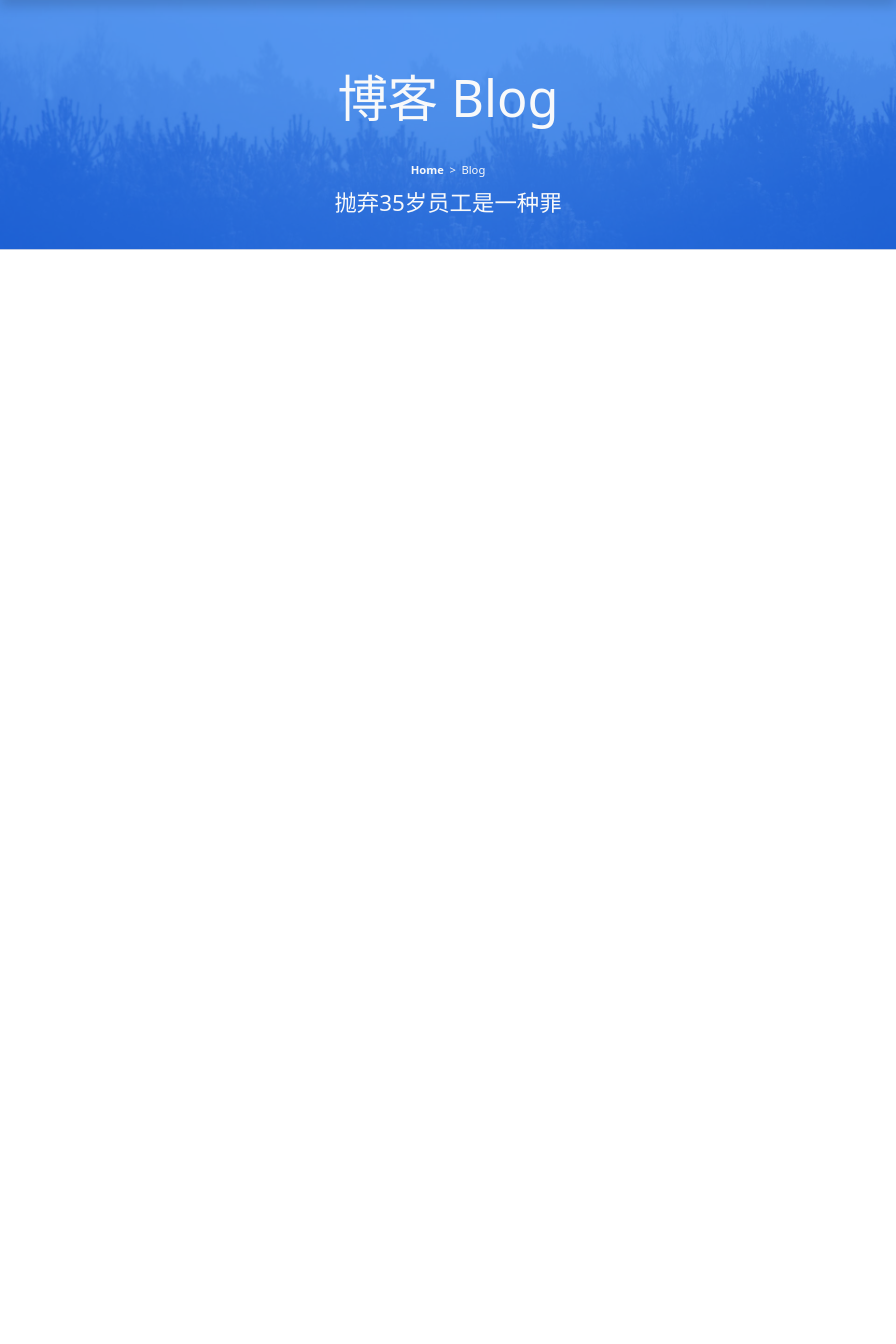
Repository: herjuandlonely/github.io
Page: index-blog.html
These files come from the project's save history. The page is drawn as it stood at one moment and after the next save; the edit follows.
The browser window is 1280 px wide. The pictures show the part of the page from y = 0 to 1920 px (the page is 3000 px tall), at 70% of full size.
Backgrounds fixed to the window are drawn as part of the page.

Above is the page before, as saved 2022-06-29 21:01:26.

After the next save:
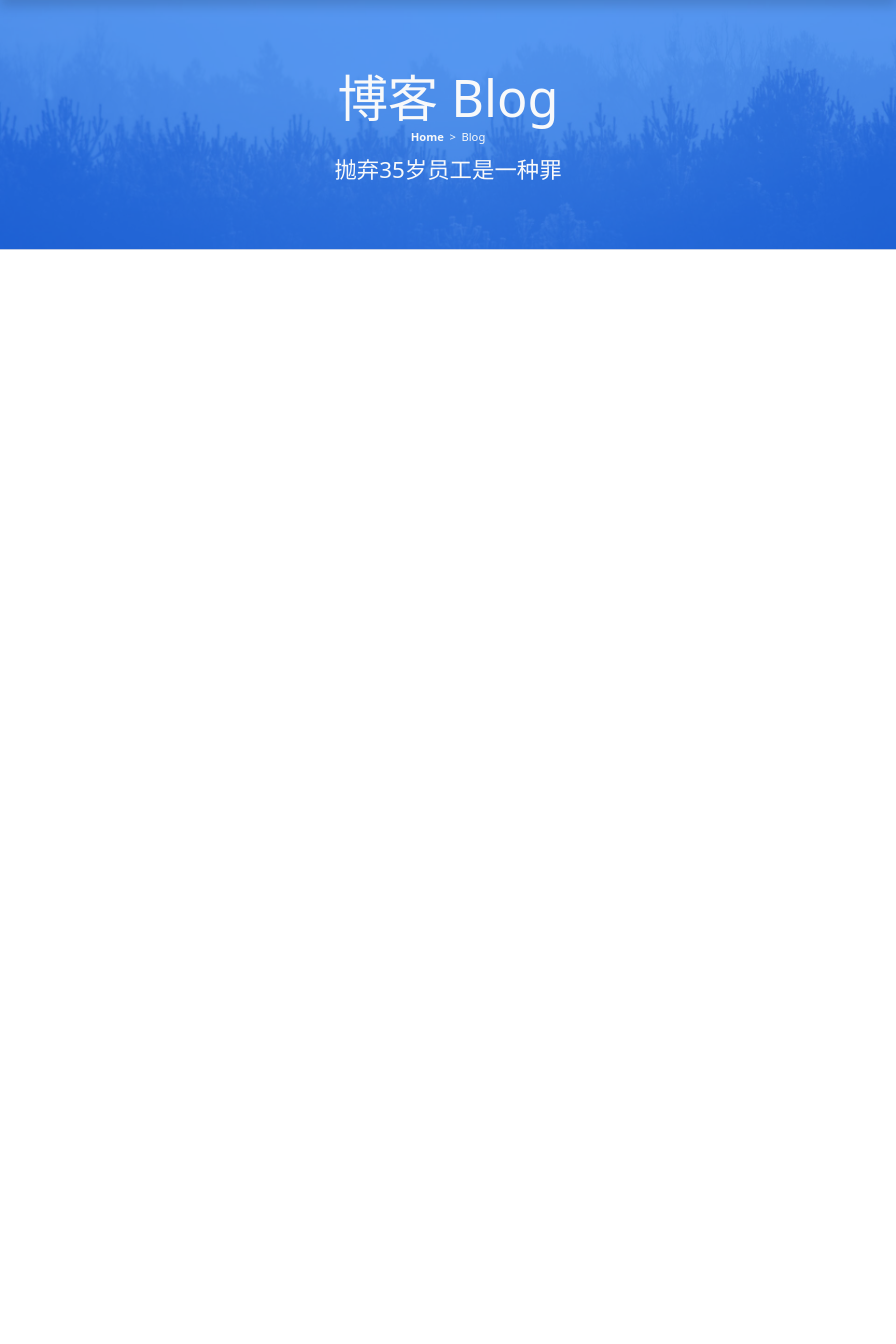
Saved 61 s later.
--- a/index-blog.html
+++ b/index-blog.html
@@ -45,8 +45,8 @@
     <div class="banner position-relative">
         <div class=" position-absolute w-100 h-100 bg-primary" style="opacity: .7;"></div>
         <div class=" position-absolute w-100 h-100 py-5" style="z-index: 3;">
-            <h1 class=" text-light text-center display-2">博客 Blog</h1>
-            <nav class=" text-light mbShit my-auto" >
+            <h1 class=" text-light text-center display-2 mb-0">博客 Blog</h1>
+            <nav class=" text-light mbShit " >
                 <ol class="breadcrumb d-flex justify-content-center">
                     <li class="breadcrumb-item">
                         <a href="index.html" class="text-light text-decoration-none fw-bold">Home</a>
